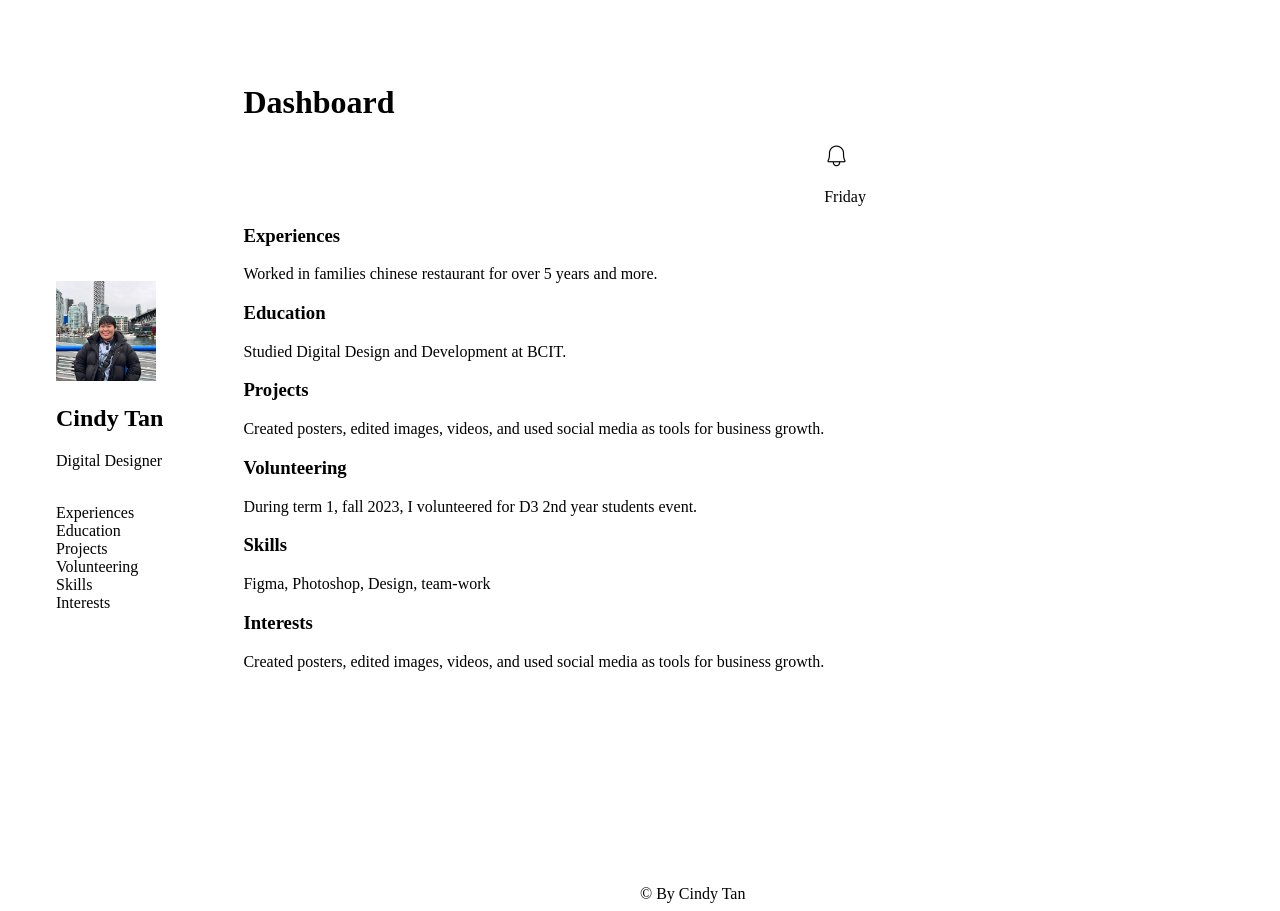
Repository: Cindy-tan/Assessment-_1
Page: /
These files come from the project's save history. The page is drawn as it stood at one moment and after the next save; the edit follows.
The browser window is 1280 px wide. The pictures show the whole page.
The project was rebuilt for these pictures with package versions that can differ from the ones it lists, and the page was loaded fresh each time. The framework's server and built-in components were replaced by stand-ins that run in the browser. Also part of the build but not shown: next.config.js, components/Card/Card.module.css, components/SideNavigation/SideNavigation.module.css.

Above is the page before, as saved 2024-01-19 00:14:58.

### pages/index.js
import Head from 'next/head'
import styles from '@/styles/Home.module.css'
import Header from '@/components/Header'
import Card from '@/components/Card'
import Footer from '@/components/Footer'
import MenuItem from '@/components/MenuItem'
import SideNavigation from '@/components/SideNavigation'



export default function Home() {

  return (
    <>
      <Head>
        <title>Assessment 1</title>
        <meta name="description" content="Generated by create next app" />
        <meta name="viewport" content="width=device-width, initial-scale=1" />
        <link rel="icon" href="/favicon.ico" />
      </Head>

      <main className={`${styles.main}`}>

        <div>
        <SideNavigation/>
        </div>

        <div className={`${styles.header}`}>
        <Header/>


        <div className={`${styles.cardLeft}`}>
          <Card title='Experiences' description='Worked in families chinese restaurant for over 5 years and more.'/>
          <Card title='Education' description='Studied Digital Design and Development at BCIT.'/>
          <Card title='Projects' description='Created posters, edited images, videos, and used social media as tools for business growth.'/>
        </div>
        <div className={`${styles.cardRight}`}>
          <Card title='Volunteering' description='During term 1, fall 2023, I volunteered for D3 2nd year students event.'/>
          <Card title='Skills' description='Figma, Photoshop, Design, team-work'/>
          <Card title='Interests' description='Created posters, edited images, videos, and used social media as tools for business growth.'/>
        </div>
        </div>








      </main>
      <Footer/>
    </>
  )
}

### styles/globals.css
:root {
  --black: #000;
  --white: #fff;
  --blue: rgba(12, 72, 156, 1.0);

  --large-font: 20px;
  --medium-font: 17px;
  --small-font: 14px;

  --violet-red: rgb(219, 112, 147);
  --amaranth: rgb(159, 43, 104);
  --cerise: rgb(222, 49, 99);
  --steel-blue: rgb(40, 189, 218);
  --teal: rgb(20, 151, 176);
  --yellow: rgb(12, 97, 119);
}

### styles/Home.module.css
.main {
  display: flex;
  flex-direction: row;
  align-items: center;
  padding: 3rem;
  min-height: 20vh;
}

.header{
  align-items: center;
  border-radius: 50px;
  padding: 7px 80px 150px;
}

### components/Header/index.js
import styles from "./Header.module.css"
import Image from "next/image"

export default function Header() {
    return (
        <>
            <header>
                <h1>Dashboard</h1>
                <div className={`${styles.icon}`}>
                <Image src="/images/bell.png" alt="bell" width={25} height={25}/>
                <p>Friday</p>
                </div>
            </header>
        </>
    )
}

### components/Card/index.js
import styles from "./Card.module.css"

export default function Card({
    title="default",
    description="default",
    bgColor,
    borderColor
})
{
    return (
        <>
            <div className={styles.card} style={{backgroundColor: bgColor, border:borderColor}}>
                <h3>{title}</h3>
                <p>{description}</p>
            </div>
        </>
    )
}

### components/Footer/index.js
import styles from "./Footer.module.css"

export default function Footer() {
    return(
        <>
            <footer className={styles.footer}>
               © By Cindy Tan
            </footer>
        </>
    )
}

### components/MenuItem/index.js
import styles from "./MenuItem.module.css"

export default function MenuItem({
    title = "",
    bgColor,
    textColor,
    tabLeft
})

{
    return (
        <>
            <div className={styles.menuItem} style={{backgroundColor: bgColor, color:textColor}}>
                {title}
            </div>
        </>
    )
}

### components/SideNavigation/index.js
import MenuItem from "../MenuItem"
import styles from "./SideNavigation.module.css"
import Image from "next/image"

export default function SideNavigation() {
    return (
        <>
            <div>
                <Image src="/images/profile.JPG" alt="profile" width={100} height={100}/>
                <h2>Cindy Tan</h2>
                <p>Digital Designer</p>
                <br/>
                <MenuItem title="Experiences"/>
                <MenuItem title="Education"/>
                <MenuItem title="Projects"/>
                <MenuItem title="Volunteering"/>
                <MenuItem title="Skills"/>
                <MenuItem title="Interests"/>

            </div>
        </>
    )
}

### components/Header/Header.module.css
.icon {
    margin-left: 100%;
}

### components/Footer/Footer.module.css
.footer {
    align-items: center;
    padding-left: 50%;
}

### components/MenuItem/MenuItem.module.css
.menuItem:hover {
    background-color: var(--blue);
    color: var(--white);
}

Loaded but not shown: pages/_app.js (common file); pages/_document.js (common file); components/Card/Card.module.css (no copy from this time; the picture is the same without it)

After the next save:
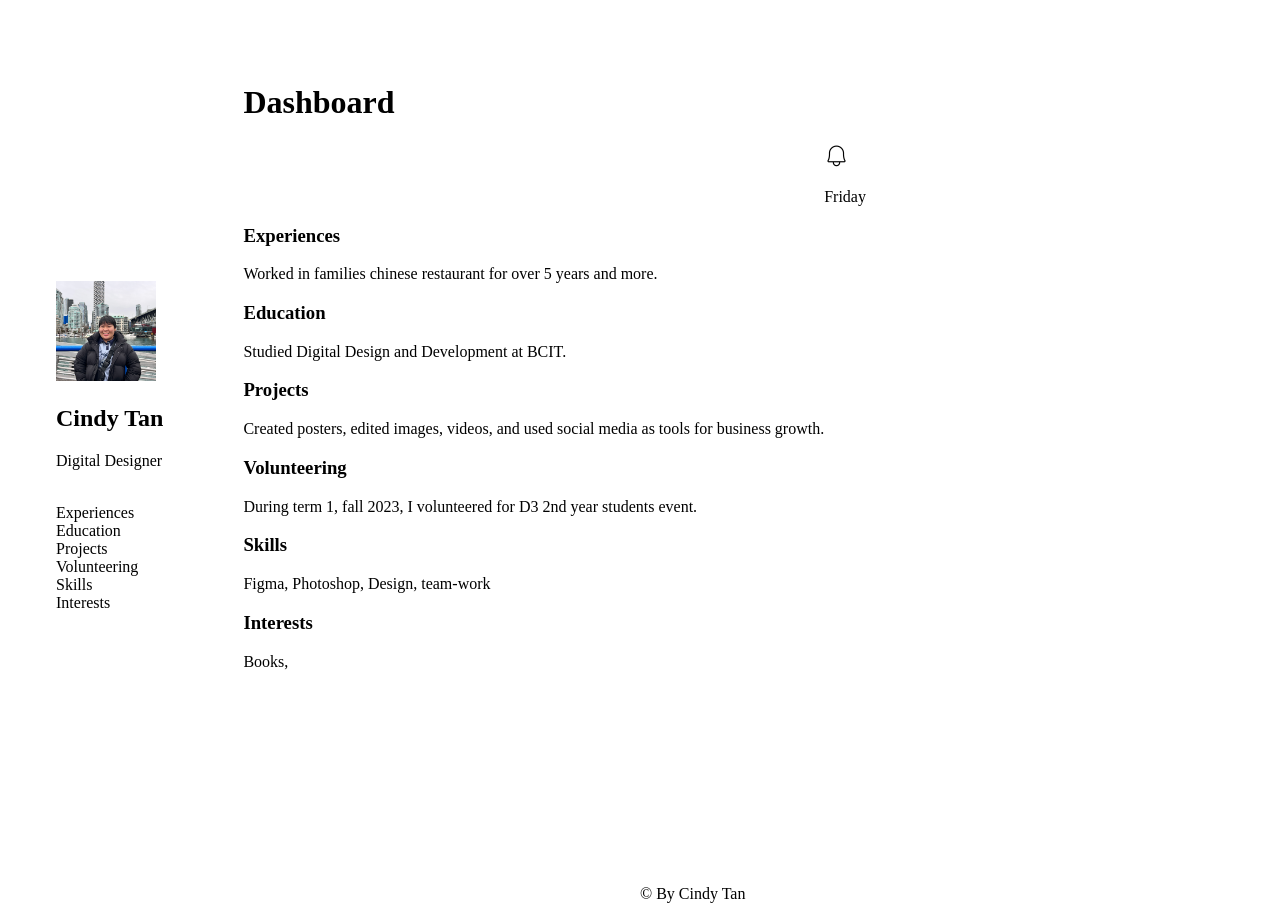
Saved 8 s later.
--- a/pages/index.js
+++ b/pages/index.js
@@ -37,7 +37,7 @@ export default function Home() {
         <div className={`${styles.cardRight}`}>
           <Card title='Volunteering' description='During term 1, fall 2023, I volunteered for D3 2nd year students event.'/>
           <Card title='Skills' description='Figma, Photoshop, Design, team-work'/>
-          <Card title='Interests' description='Created posters, edited images, videos, and used social media as tools for business growth.'/>
+          <Card title='Interests' description='Books,'/>
         </div>
         </div>
 
